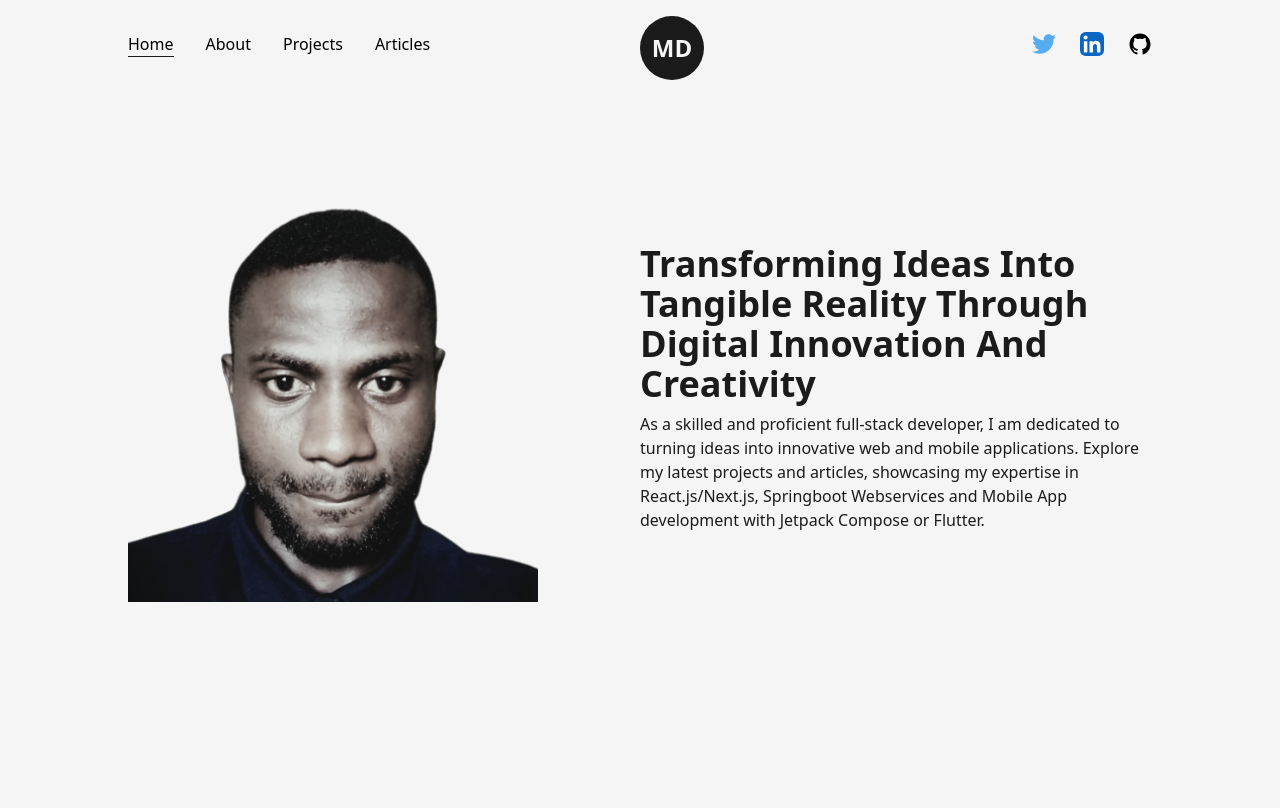
Repository: marcusdashe/situs
Page: /
These files come from the project's save history. The page is drawn as it stood at one moment and after the next save; the edit follows.
The browser window is 1280 px wide. The pictures show the whole page.
The project was rebuilt for these pictures with package versions that can differ from the ones it lists, and the page was loaded fresh each time. The framework's server and built-in components were replaced by stand-ins that run in the browser.

Above is the page before, as saved 2023-06-15 18:11:18.

After the next save:
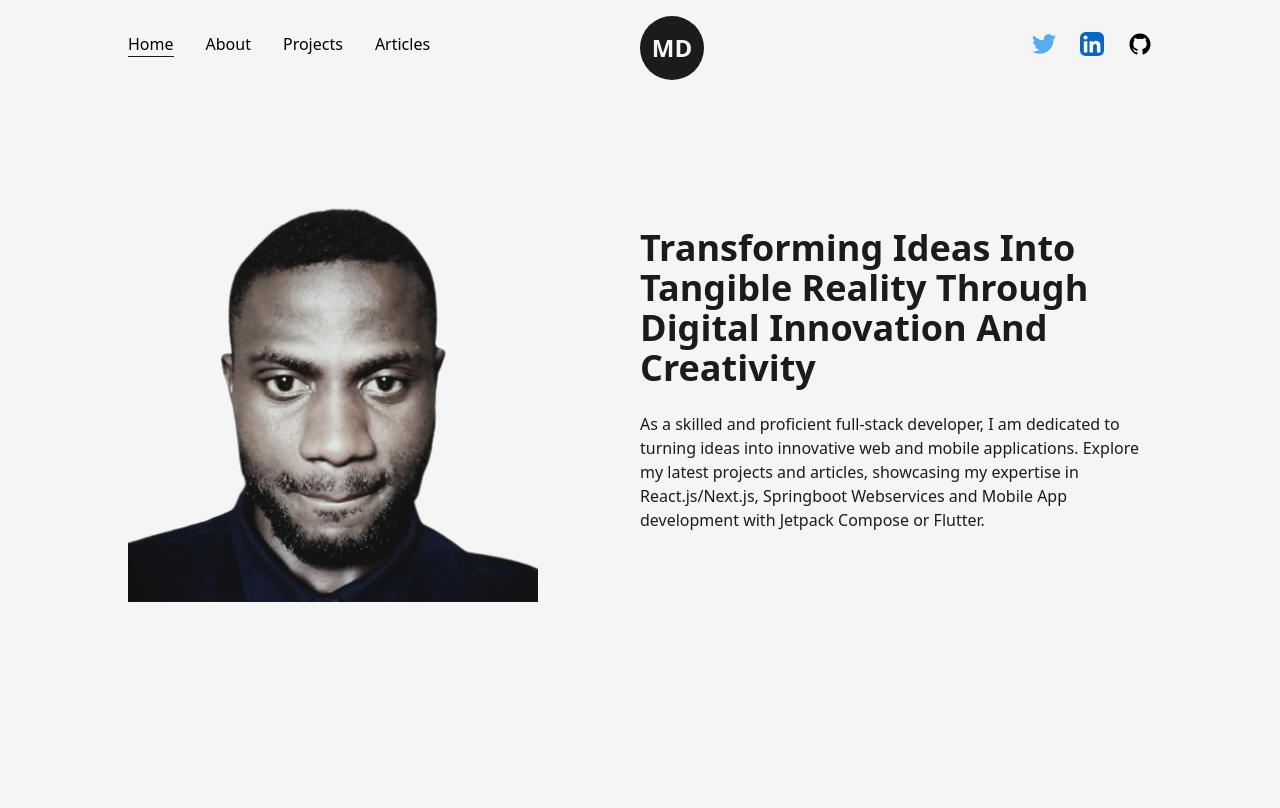
Saved 2 min 47 s later.
--- a/src/pages/index.js
+++ b/src/pages/index.js
@@ -30,7 +30,7 @@ export default function Home() {
 "
                 className="!text-left"
               />
-              <p>
+              <p className="my-4 text-base font-medium">
                 As a skilled and proficient full-stack developer, I am dedicated
                 to turning ideas into innovative web and mobile applications.
                 Explore my latest projects and articles, showcasing my expertise
